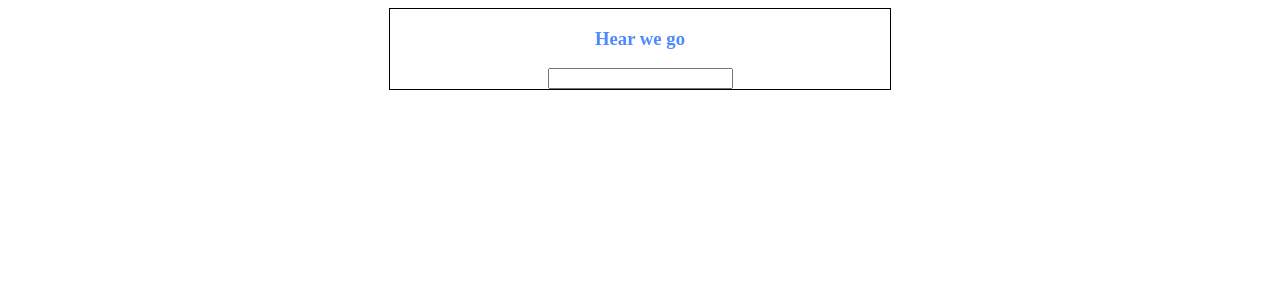
Repository: jn222rv/1dv403-laborationer
Page: 2-labbymezzage/index.html
The author's editor kept a record of every edit. The page is drawn from the files as they stood at one moment, then again after the next edit.
The browser window is 1280 px wide. The pictures show the whole page.

Above is the page before.

### 2-labbymezzage/index.html
<!DOCTYPE html>
<html>
    <head>
        <meta charset="UTF-8"/>
        <link rel="stylesheet" href="css/basic.css" type="text/css" />
        <title>Labby Message</title>
        <script type="text/javascript" src=""></script>
    </head>
    <body>
        <div>
            <h3>Hear we go</h3>
            <input type="textarea" name="messageArea"/>
        </div>
    </body>
</html>

### 2-labbymezzage/css/basic.css
div {
    width:500px;
    margin:0px auto;
    border:1px solid black;
    text-align:center;
}

h3 {
    color:#4C8AFF;
}

input {
    display:block;
    margin:0px auto;
}

After the next edit:
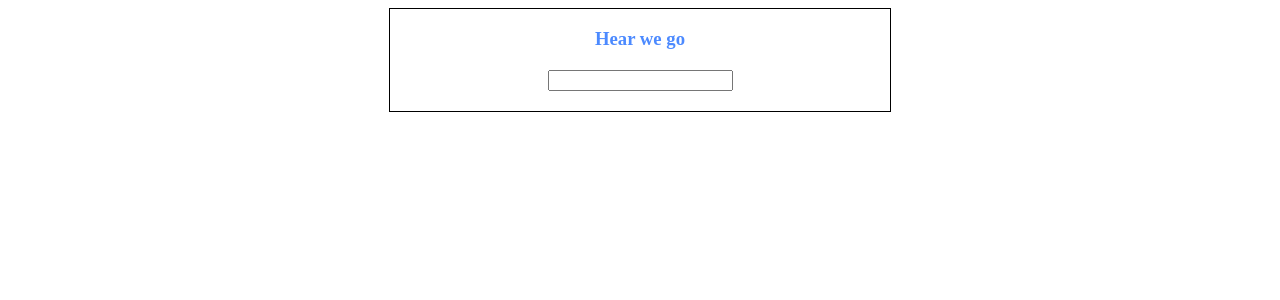
The edit:
--- a/2-labbymezzage/css/basic.css
+++ b/2-labbymezzage/css/basic.css
@@ -11,5 +11,5 @@
 
 input {
     display:block;
-    margin:0px auto;
+    margin:20px auto;
 }
